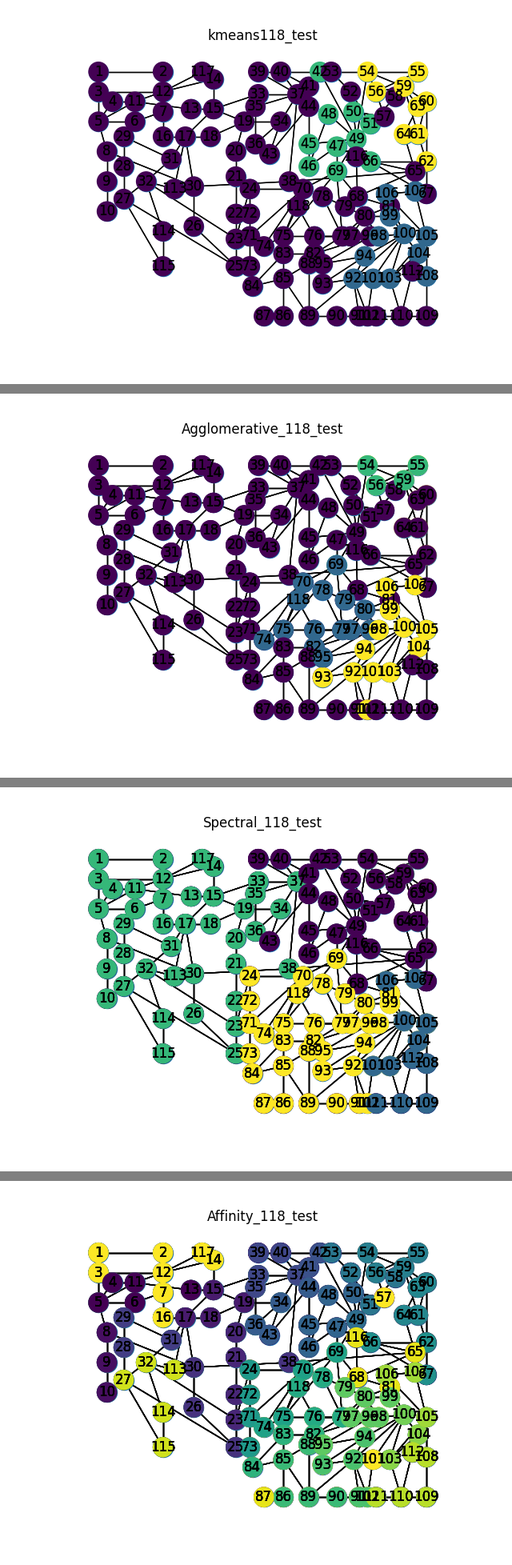
Repository: AyresNishio/Segmenta--o-118-barras
Script's output: python test_clustering.py
The author's editor kept a copy of each file at every save. The script's output is drawn from the files as they stood at one save, then again after a run of saves.
The pictures are shown at 80% of full size.
Each picture stacks the figures in order, with grey between them; figures that are only written to a file come last. Random numbers start from a fixed seed.

Above is the script's output before, as saved 2021-09-20 23:27:16.

After the next 2 saves:
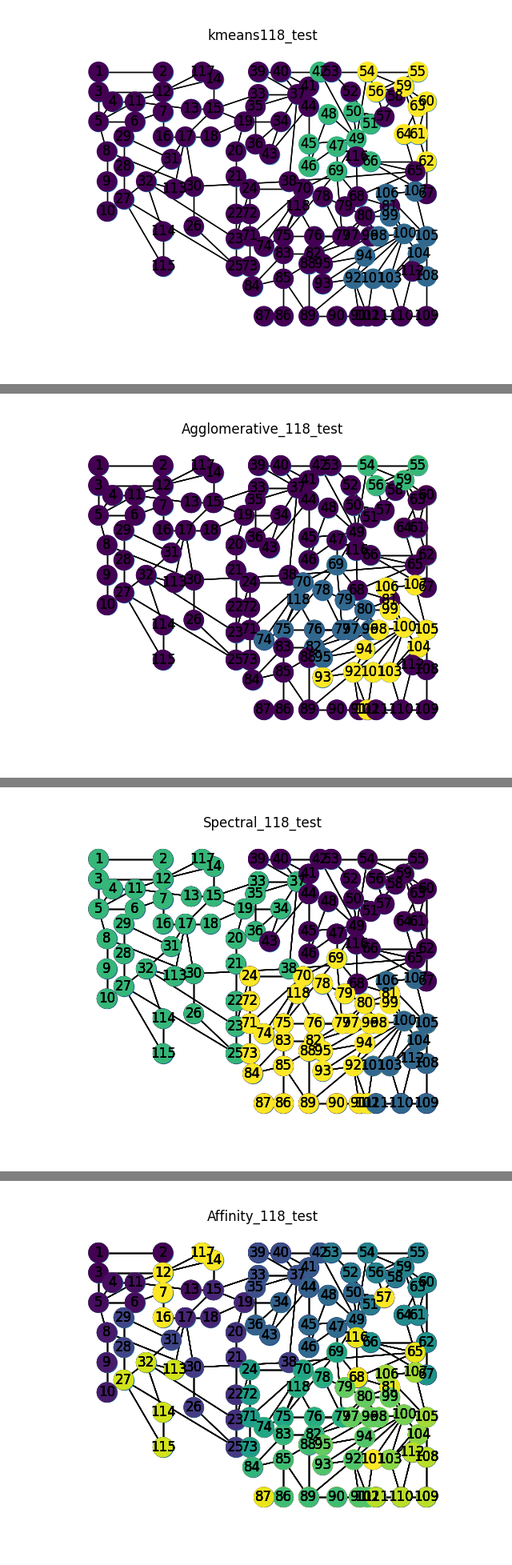
The 2 saves are shown as one change because 1 did not build or start.
The last was saved 14 h 49 min later.
--- a/test_clustering.py
+++ b/test_clustering.py
@@ -187,7 +187,7 @@ algorithms['agglom'] = cluster.AgglomerativeClustering(n_clusters=k_clusters, li
 algorithms['spectral'] = cluster.SpectralClustering(n_clusters=k_clusters, affinity="precomputed", n_init=118)
 
 #Affinity Propagation
-algorithms['affinity'] = cluster.AffinityPropagation(damping=0.6)
+algorithms['affinity'] = cluster.AffinityPropagation(damping=0.5)
 
 # Fit all models
 for model in algorithms.values():
